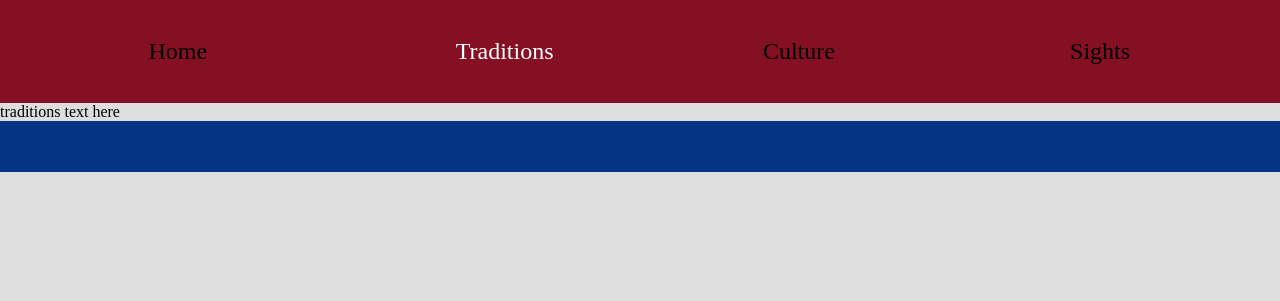
Repository: Cornman63/The-netherlands
Page: html/traditions.html
An editor plug-in stored every save of this project. The page is shown before and after the next save, followed by the edit.
The browser window is 1280 px wide. The pictures show the whole page.

Above is the page before, as saved 2023-05-30 09:42:05.

### html/traditions.html
<!DOCTYPE html>
<html lang="en">
<head>
    <meta charset="UTF-8">
    <meta http-equiv="X-UA-Compatible" content="IE=edge">
    <meta name="viewport" content="width=device-width, initial-scale=1.0">
    <link rel="stylesheet" href="../CSS\style2.css">
    <title>Visit the Netherlands</title>

</head>
<body>
<header>
    <div class="top">
        <div class="site"><a href="index.html" class="link">Home</a></div>
        <div class="site"><a href="traditions.html" style="color: white" class="link">Traditions</a></div>
        <div class="site"><a href="culture.html" class="link">Culture</a></div>
        <div class="site"><a href="sights.html" class="link">Sights</a></div>
    </div>
</header>

    <div class="text">
        traditions text here
    </div>

<footer>
    <div class="bottom">
    </div>
</footer>
<script src="../Javascript/main.js"></script>
</body>
</html>

### CSS/style2.css
* {
    margin:0;
}
header{
    background-color: #861023;
    width: 100%;
}

footer{
    background-color: #053484;
    width: 100%;
}

.top, .bottom {
    display: flex;
    flex-direction: row;
    justify-content: center;
    align-content: center;
    margin: auto;
    padding: 2%;
    font-size: 150%;
}
.site {
    display: flex;
    border: 1%;
    margin: 1%;
    margin-left: 10%;
    align-content: center;
    width: 90%;
}

.link{
    text-decoration: none;
}
.link:link {
    color:black;
}
.link:visited {
    color:black;
}
.link:hover {
    color:white;
}
.foodmain, .sportmain, .soceqmain {
    display: flex;
    flex-direction: column;
    background-size: cover;
    border: 5%;
    overflow: hidden;
    background-image:url(../images/skate.jpeg)
}
.foodmain {
    background-image: url(../images/dinner2.png);
}
.soceqmain {
    background-image: url(../images/soceq.webp);
}
.food,.h {
    margin: auto;
}
.sportmain, .soceqmain {
    margin-top: 3%;
}
.h {
    justify-content: center;
    align-content:center;
    margin-top: 2%;
    margin-bottom: 1%;
    text-align: center;
    font-size:200%;
    text-decoration: underline;
}
.food {
    margin-bottom: 2%;
}
.item{
    max-width: 80%;
    margin: auto;
    display: flex;
    flex-direction: row;
    padding: 3%;
    background-color: rgba(255,255,255,0.75);
    border:5%;
    margin-top: 2.5%;
    margin-bottom: 2.5%;
}
.img {
    width: 20%;
    height: 20%;
    display: flex;
    flex-direction: row;
}
.par {
    padding: 1%;
}

.intro {
    width: 75%;
    margin: auto;
}
body {
    background-color:rgb(223, 222, 222);
}

### Javascript/main.js
document.addEventListener("keydown", down);

function down(event) {
    if (event.key == 1)  {
        window.open("index.html", "_self")
    }
    else if (event.key == 2) {
        window.open("traditions.html", "_self")
    }
    else if (event.key == 3) {
        window.open("culture.html", "_self")
    }
    else if (event.key == 4) {
        window.open("sights.html", "_self")
    }
}

After the next save:
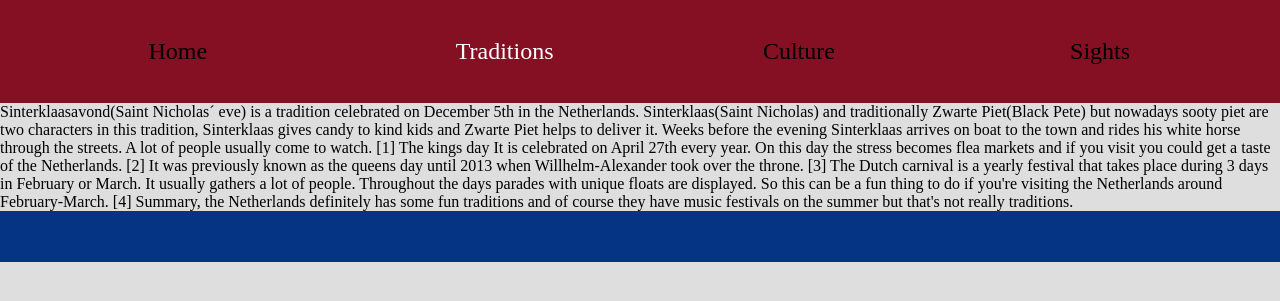
Saved 3 s later.
--- a/html/traditions.html
+++ b/html/traditions.html
@@ -19,7 +19,16 @@
 </header>
 
     <div class="text">
-        traditions text here
+        Sinterklaasavond(Saint Nicholas´ eve) is a tradition celebrated on December 5th in the Netherlands.
+
+Sinterklaas(Saint Nicholas) and traditionally Zwarte Piet(Black Pete) but nowadays sooty piet are two characters in this tradition, Sinterklaas gives candy to kind kids and Zwarte Piet helps to deliver it. Weeks before the evening Sinterklaas arrives on boat to the town and rides his white horse through the streets. A lot of people usually come to watch. [1]
+
+The kings day
+It is celebrated on April 27th every year. On this day the stress becomes flea markets and if you visit you could get a taste of the Netherlands. [2] It was previously known as the queens day until 2013 when Willhelm-Alexander took over the throne. [3]
+
+The Dutch carnival is a yearly festival that takes place during 3 days in February or March. It usually gathers a lot of people. Throughout the days parades with unique floats are displayed. So this can be a fun thing to do if you're visiting the Netherlands around February-March. [4]
+
+Summary, the Netherlands definitely has some fun traditions and of course they have music festivals on the summer but that's not really traditions.
     </div>
 
 <footer>
